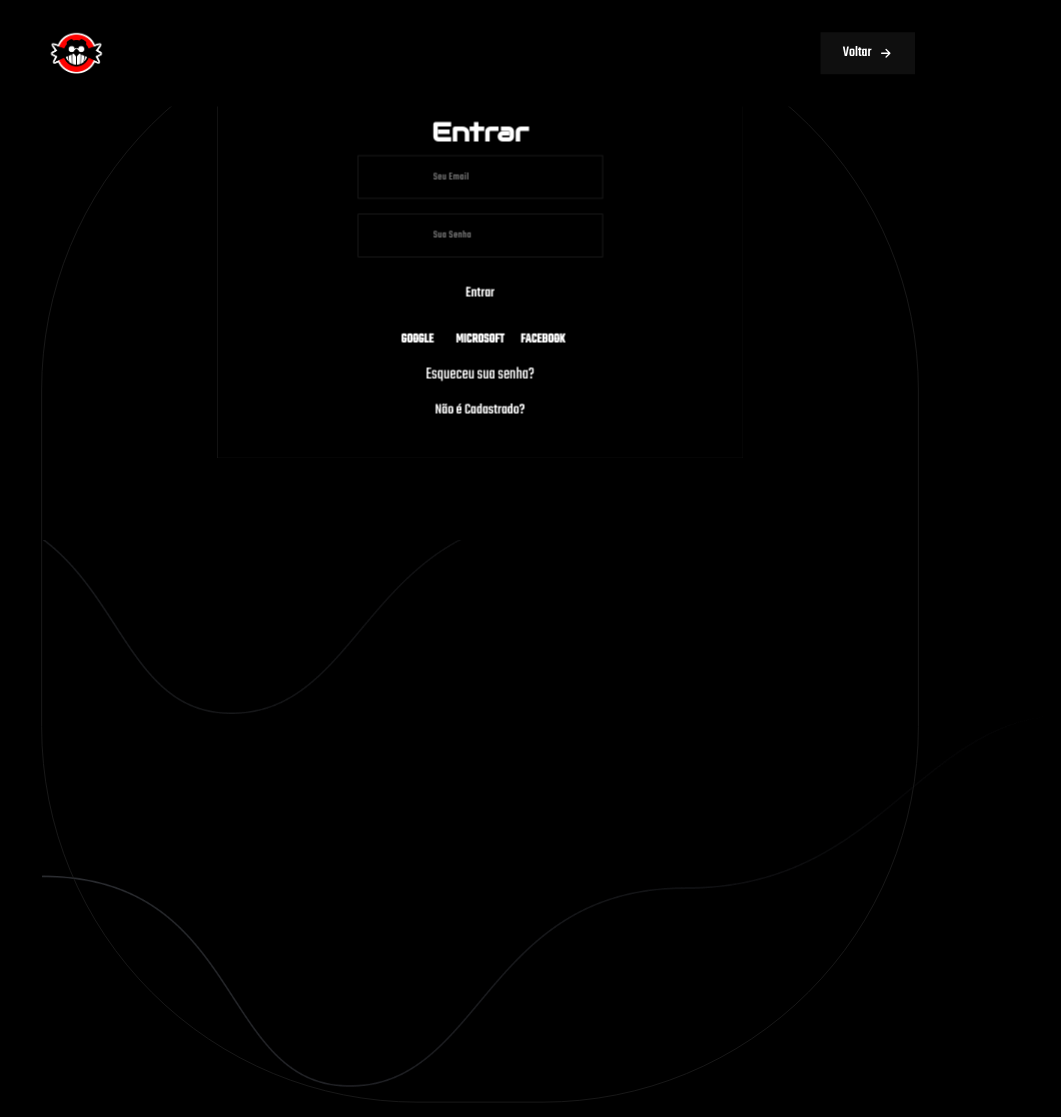
Repository: Cartoon-Network/Projeto-Semestral
Page: cadastro.html
The author's editor kept a copy of each file at every save. The page is drawn from the files as they stood at one save, then again after the next save.
The browser window is 1280 px wide. The page is 1414 px wide, so the pictures cover 1414 px, including what lies to the right of the window. The pictures show the whole page, at 75% of full size.
Some icons come from a web library that is not loaded, so they are not drawn. Some web fonts or font styles are not loaded; a fallback is used.

Above is the page before, as saved 2023-11-20 16:26:00.
Console error: TypeError: Cannot read properties of null (reading 'addEventListener')

### cadastro.html
<!DOCTYPE html>
<html lang="en">
<head>
  <meta charset="UTF-8">
  <meta http-equiv="X-UA-Compatible" content="IE=edge">
  <meta name="viewport" content="width=device-width, initial-scale=1.0">
  <title>EggmanSTORE - Entrar</title>
  <meta name="title" content="EggmanSTORE - Entrar">
  <meta name="description" content="">
  <link rel="preconnect" href="https://fonts.googleapis.com">
  <link rel="preconnect" href="https://fonts.gstatic.com" crossorigin>
  <link href="https://fonts.googleapis.com/css2?family=Roboto:wght@400;500;700&display=swap" rel="stylesheet">
  <link rel="stylesheet" href="./assets/font/font.css">
  <link rel="stylesheet" href="./css/style.css">
  <link rel="preload" as="image" href="./assets/images/hero-banner.jpg">
  <link rel="preload" as="image" href="./assets/images/hero-shape-1.png">
  <link rel="preload" as="image" href="./assets/images/hero-shape-2.png">
  <link rel="icon" type="image/x-icon" href="./assets/images/dbgg5ml-5480b4b2-1a5a-4b91-b06f-699c8e9285f5-removebg-preview.png">
  <link rel="stylesheet" href="https://unicons.iconscout.com/release/v4.0.0/css/line.css" />

</head>
<body id="top">

  <!-- Carregamento da página -->

  <div class="preloader" data-preloader>
    <span class="line"></span>
  </div>

  <!--Navegação-->

  <header class="header" data-header>
    <div class="container">
      <a href="#" class="logo">
        <img src="./assets/images/logo eggman.png"
         width="84" height="26" alt="logo">
      </a>

      <nav class="navbar" data-navbar>

        <div class="navbar-top">
          <a href="#" class="logo">
            <img src="./assets/images/logo eggman.png"
            width="84" height="26" alt="logo">
          </a>

          <button class="nav-close-btn"
          aria-label="close menu" data-nav-toggler>
            <ion-icon name="close-outline"
            aria-hidden="true"></ion-icon>
          </button>
        </div>

        <ul class="navbar-list">

      <a href="index.html" class="btn btn:hover">
        <span class="span">Voltar</span>

        <ion-icon name="arrow-forward"
        aria-hidden="true"></ion-icon>
      </a>
    </ul>
  </nav>

      <button class="nav-open-btn btn:hover"
      aria-label="open menu" data-nav-toggler>
        <span class="line line-1"></span>
        <span class="line line-2"></span>
      </button>

      <div class="overlay"
      data-overlay data-nav-toggler></div>
    </div>
  </header>
  <main>
    <article>
      <div class="cursor-dot" data-cursor></div>
      <div class="cursor-outline" data-cursor></div>

      <div class="container">

        <div class="banner-outline has-after">

          <!-- Código do card com formulários de login e cadastro -->
      <section class="card-section">
        <div class="card-container">
          <div class="card" id="card">
            <div class="card-front">
              <h4 class="mb-4 pb-3">Entrar</h4>
              <div class="form-group">
                <input type="email" name="email" class="form-style" placeholder="Seu Email" id="email" autocomplete="off">
                <i class="input-icon uil uil-at"></i>
              </div>
              <div class="form-group mt-2">
                <input type="password" name="senha" class="form-style" placeholder="Sua Senha" id="senha" autocomplete="off">
                <i class="input-icon uil uil-lock-alt"></i>
              </div>
              <a href="index.html" class="btn mt-4" onclick="flipCard()">Entrar</a>
              <div class="social-buttons">
                <button class="social-btn google-btn" onclick="signInWithGoogle()">
                  <i class="uil uil-google"></i> Google
                </button>
                <button class="social-btn microsoft-btn">
                  <i class="uil uil-windows"></i> Microsoft
                </button>
                <button class="social-btn facebook-btn">
                  <i class="uil uil-facebook"></i> Facebook
                </button>
              </div>
              <p class="mb-0 mt-4 text-center"><a href="#0" class="link">Esqueceu sua senha?</a></p>

              <a href="#" class="btn mt-4" onclick="flipCard()">Não é Cadastrado?</a>
            </div>

            <div class="card-back">
              <h4 class="mb-4 pb-3">Cadastre-se</h4>
              <div class="form-group">
                <input type="text" name="nome" class="form-style" placeholder="Seu Nome Completo" id="nome" autocomplete="off">
                <i class="input-icon uil uil-user"></i>
              </div>
              <div class="form-group mt-2">
                <input type="email" name="email" class="form-style" placeholder="Seu Email" id="email" autocomplete="off">
                <i class="input-icon uil uil-at"></i>
              </div>
              <div class="form-group mt-2">
                <input type="password" name="senha" class="form-style" placeholder="Sua Senha" id="senha" autocomplete="off">
                <i class="input-icon uil uil-lock-alt"></i>
              </div>
              <a href="#" class="btn mt-4" onclick="flipCard()">Voltar</a>
              <div class="social-buttons">
                <button class="social-btn google-btn" onclick="signInWithGoogle()">
                  <i class="uil uil-google"></i> Google
                </button>
                <button class="social-btn microsoft-btn">
                  <i class="uil uil-windows"></i> Microsoft
                </button>
                <button class="social-btn facebook-btn">
                  <i class="uil uil-facebook"></i> Facebook
                </button>
              </div>
              <a href="index.html" class="btn mt-4" onclick="flipCard()">Cancelar</a>
            </div>
          </div>
        </div>
      </section>

        <img src="./assets/images/hero-shape-1.png"
         width="559" height="232" alt="shape"
          class="shape shape-1">

        <img src="./assets/images/hero-shape-2.png"
         width="1358" height="497" alt="shape"
          class="shape shape-2">
      </div>

  <br>



        <script src="script.js"></script>

        <!--Icones-->

        <script type="module" src="https://unpkg.com/ionicons@5.5.2/dist/ionicons/ionicons.esm.js"></script>
        <script nomodule src="https://unpkg.com/ionicons@5.5.2/dist/ionicons/ionicons.js"></script>
      </body>
      <script>
        function signInWithGoogle() {
          // Implemente a lógica de autenticação com o Google aqui
          // Por exemplo, você pode usar o Google Sign-In API
          // https://developers.google.com/identity/sign-in/web/sign-in
          console.log('Autenticar com Google');
        }
      </script>
      </html>

Loaded but not shown: script.js (256 lines, source omitted); css/style.css (2010 lines, source omitted)

After the next save:
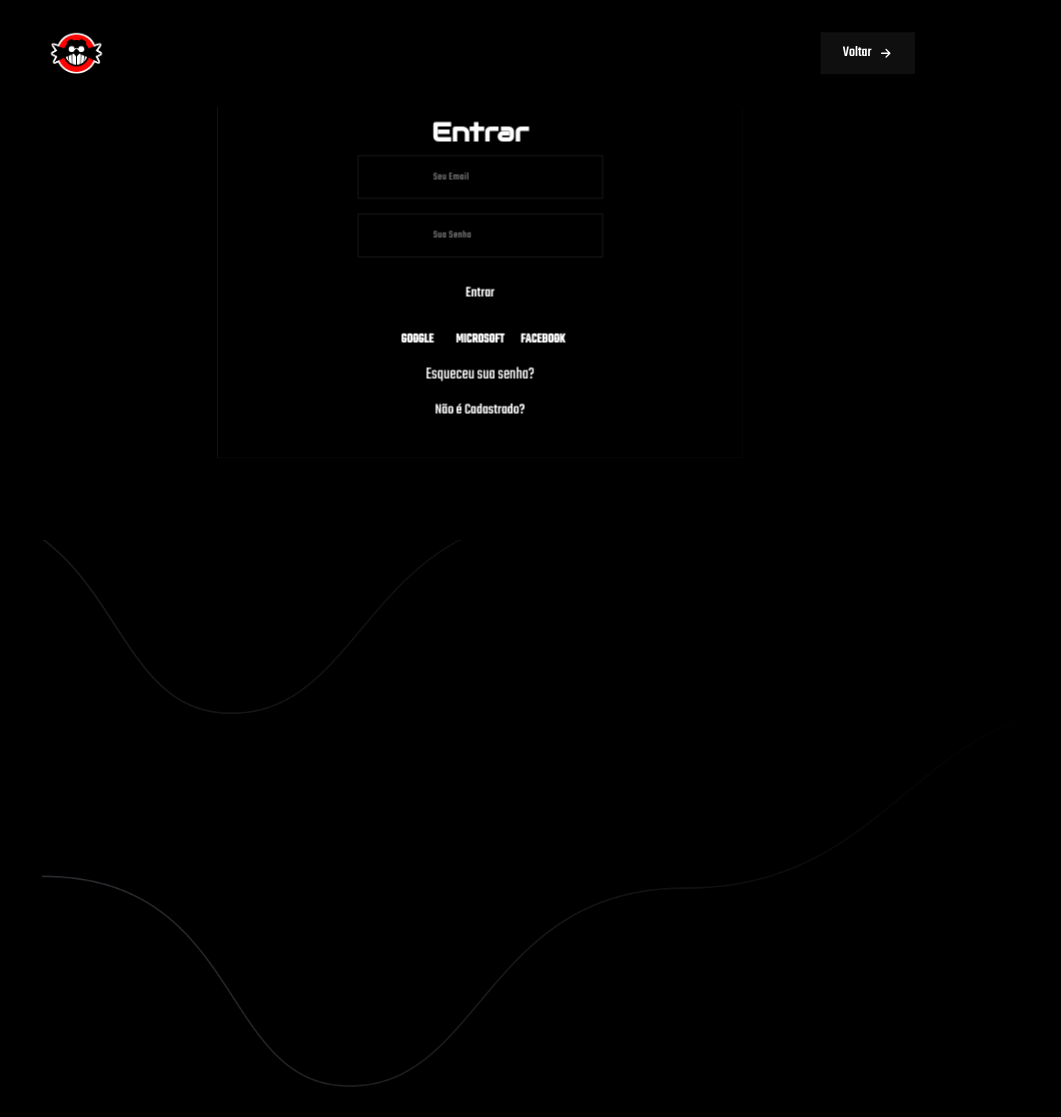
Saved 22 s later.
--- a/cadastro.html
+++ b/cadastro.html
@@ -79,7 +79,6 @@
 
       <div class="container">
 
-        <div class="banner-outline has-after">
 
           <!-- Código do card com formulários de login e cadastro -->
       <section class="card-section">

After the save that followed:
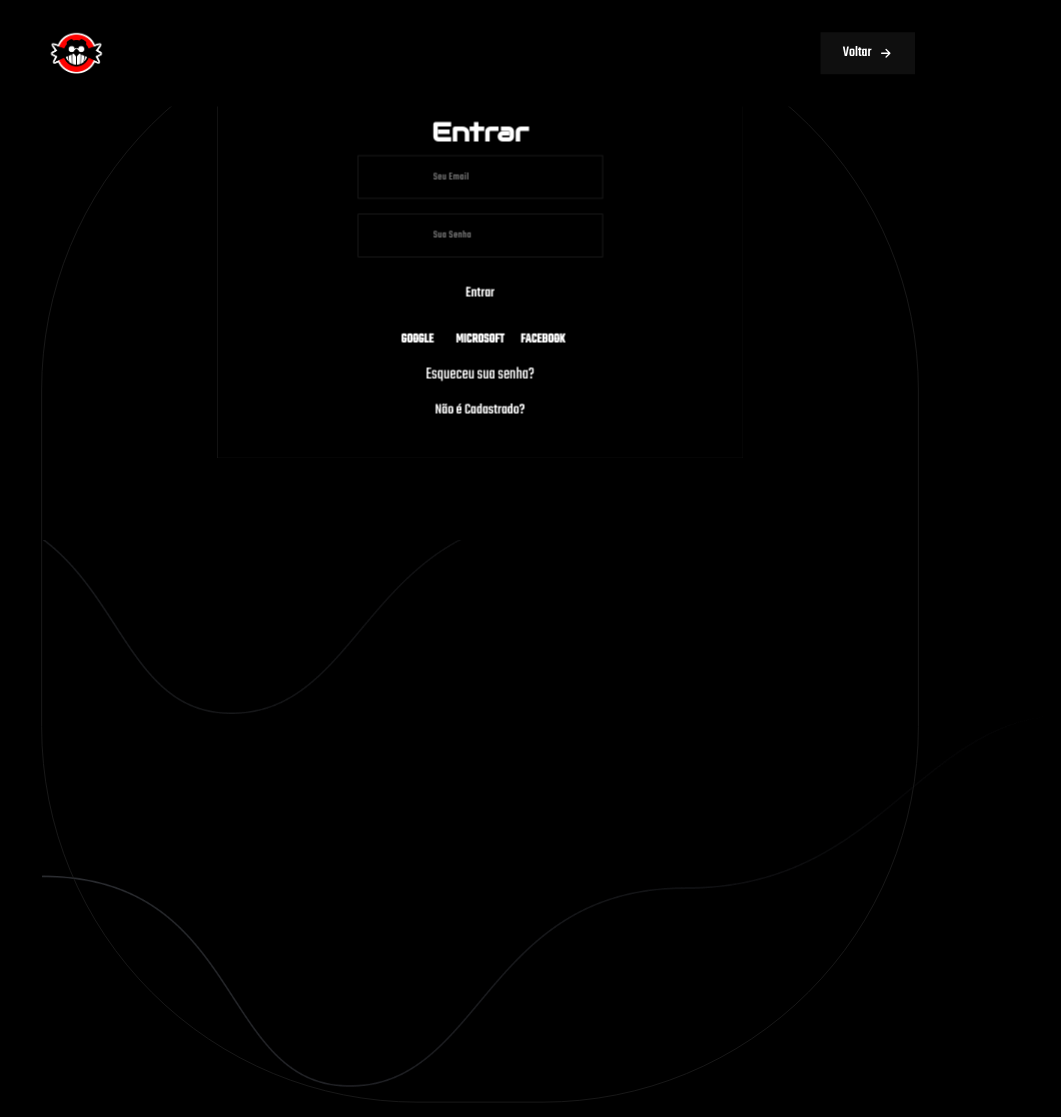
Saved 8 s later.
--- a/cadastro.html
+++ b/cadastro.html
@@ -79,6 +79,7 @@
 
       <div class="container">
 
+        <div class="banner-outline has-after">
 
           <!-- Código do card com formulários de login e cadastro -->
       <section class="card-section">
